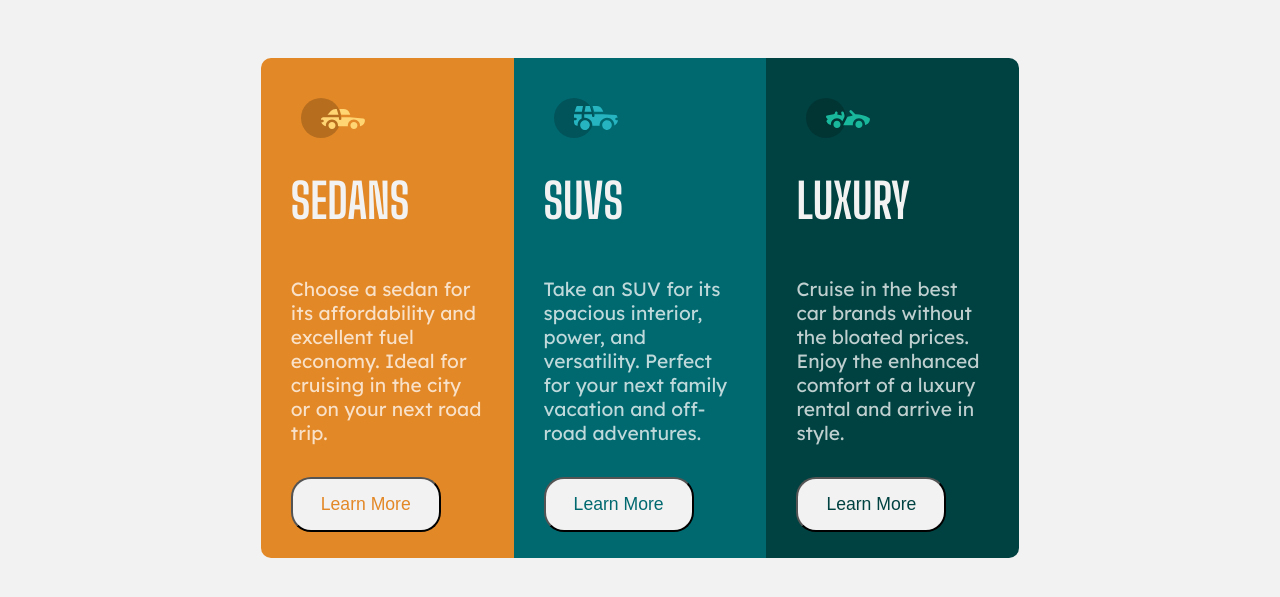
Repository: viniciussnt/3-column-preview-card
Page: index.html
An editor plug-in stored every save of this project. The page is shown before and after the next save, followed by the edit.
The browser window is 1280 px wide. The pictures show the whole page.

Above is the page before, as saved 2023-09-15 12:02:52.

### index.html
<!DOCTYPE html>
<html lang="pt-br">

<head>
  <meta charset="UTF-8">
  <meta name="viewport" content="width=device-width, initial-scale=1.0">
  <link rel="icon" type="image/png" sizes="32x32" href="./images/favicon-32x32.png">
  <link rel="stylesheet" href="./styles/style.css">

  <link rel="preconnect" href="https://fonts.googleapis.com">
  <link rel="preconnect" href="https://fonts.gstatic.com" crossorigin>
  <link href="https://fonts.googleapis.com/css2?family=Big+Shoulders+Display:wght@700&family=Lexend+Deca&display=swap"
    rel="stylesheet">

  <title>Frontend Mentor | 3-column preview card component</title>

</head>

<body>
  <div class="container">
    <article class="card-info">
      <section class="sedans">
        <div class="img-box">
          <img src="./images/icon-sedans.svg" />
        </div>
        <h1>SEDANS</h1>
        <p>Choose a sedan for its affordability and excellent fuel economy. Ideal for cruising in the city
          or on your next road trip.</p>

        <button class="btn-sedans">Learn More</button>
      </section>

      <section class="suvs">
        <div class="img-box">
          <img src="./images/icon-suvs.svg" />
        </div>
        <h1>SUVS</h1>
        <p>Take an SUV for its spacious interior, power, and versatility. Perfect for your next family vacation
          and off-road adventures.</p>

        <button class="btn-suv">Learn More</button>
      </section>

      <section class="luxury">
        <div class="img-box">
          <img src="./images/icon-luxury.svg" />
        </div>
        <h1>LUXURY</h1>
        <p>Cruise in the best car brands without the bloated prices. Enjoy the enhanced comfort of a luxury
          rental and arrive in style.</p>

        <button class="btn-luxury">Learn More</button>
      </section>
    </article>
  </div>

</body>

</html>

### styles/style.css
:root {
    --color-sedan: rgb(227, 136, 38);
    --color-suv: rgb(0, 105, 112);
    --color-luxury: rgb(0, 66, 65);

    --color-primary: rgba(255, 255, 255, 0.75);
    --color-secondary: rgb(242, 242, 242);
}

@import url('https://fonts.googleapis.com/css2?family=Big+Shoulders+Display:wght@700&family=Lexend+Deca&display=swap');


body {
    background-color: var(--color-secondary);
}

.container {
    display: flex;
    justify-content: center;

}

article {
    display: flex;

    margin-top: 50px;
    width: 60%;
    height: 80%
}

section {
    width: 400px;
    height: 500px;
}

.sedans {
    background-color: var(--color-sedan);
    border-radius: 10px 0px 0px 10px;
}

.suvs {
    background-color: var(--color-suv);
}

.luxury {
    background-color: var(--color-luxury);
    border-radius: 0px 10px 10px 0px;
}

.img-box {
    margin-top: 40px;
    margin-left: 40px;
}

h1 {
    font-family: 'Big Shoulders Display', cursive;
    font-size: 3rem;
    color: var(--color-secondary);

    margin-top: 30px;
    margin-left: 30px;
}

p {
    font-family: 'Lexend Deca', sans-serif;
    font-size: 1.2rem;
    color: var(--color-primary);

    margin: 30px 30px 0px 30px;

    height: 170px;
}

button {
    border-radius: 20px;

    margin: 30px 30px 0px 30px;
    padding: 15px;

    width: 150px;

    font-size: 1.1rem;
}

.btn-sedans {
    color: var(--color-sedan);
    background-color: var(--color-secondary);
}

.btn-suv {
    color: var(--color-suv);
    background-color: var(--color-secondary);
}

.btn-luxury {
    color: var(--color-luxury);
    background-color: var(--color-secondary);
}

button:hover {
    background: transparent;
    color: white;
    cursor: pointer;
    border: 2px solid white;
}

After the next save:
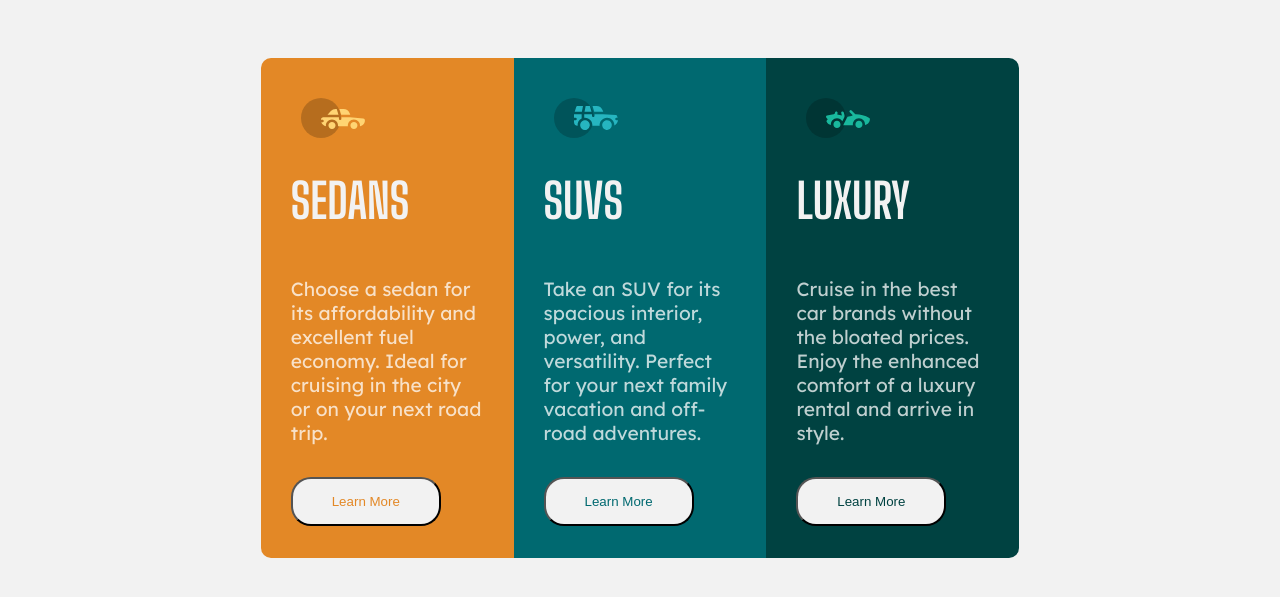
Saved 6 s later.
--- a/styles/style.css
+++ b/styles/style.css
@@ -78,8 +78,6 @@
     padding: 15px;
 
     width: 150px;
-
-    font-size: 1.1rem;
 }
 
 .btn-sedans {
